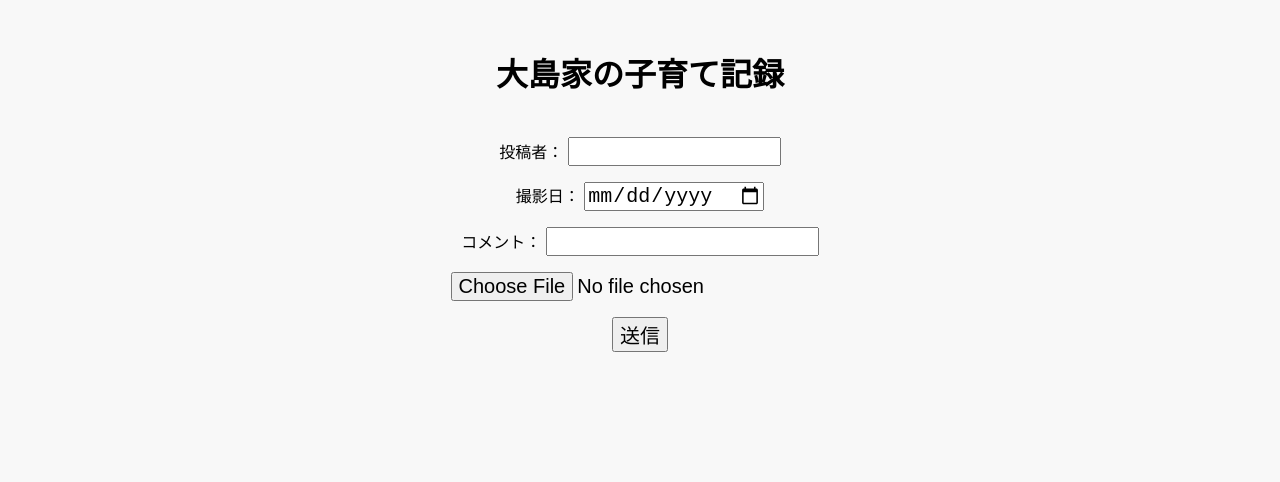
Repository: daidai0602/gs_kadai_questionnaire
Page: http://localhost/post.php
An editor plug-in stored every save of this project. The page is shown before and after a run of saves, followed by the edit.
The browser window is 1280 px wide. The pictures show the whole page.
The page is run by PHP 8.4 with error messages shown; the project is at /var/www/html/.

Above is the page before, as saved 2023-11-15 22:50:21.

After the next 4 saves:
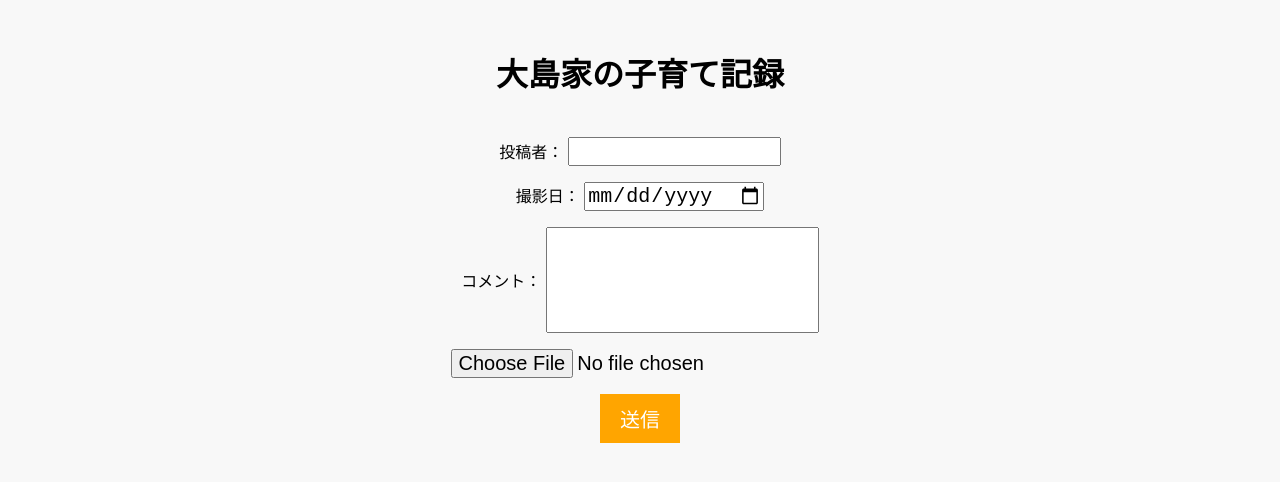
The 4 saves are shown as one change because they came seconds apart.
The last was saved 6 min 55 s later.
--- a/post.php
+++ b/post.php
@@ -17,7 +17,9 @@
 
       font-size: 20px;
     }
-    input[type=text]
+    input[type=textarea]{
+      height: 100px;
+    }
     input[type=submit]{
       background-color: orange;
       color: white;
